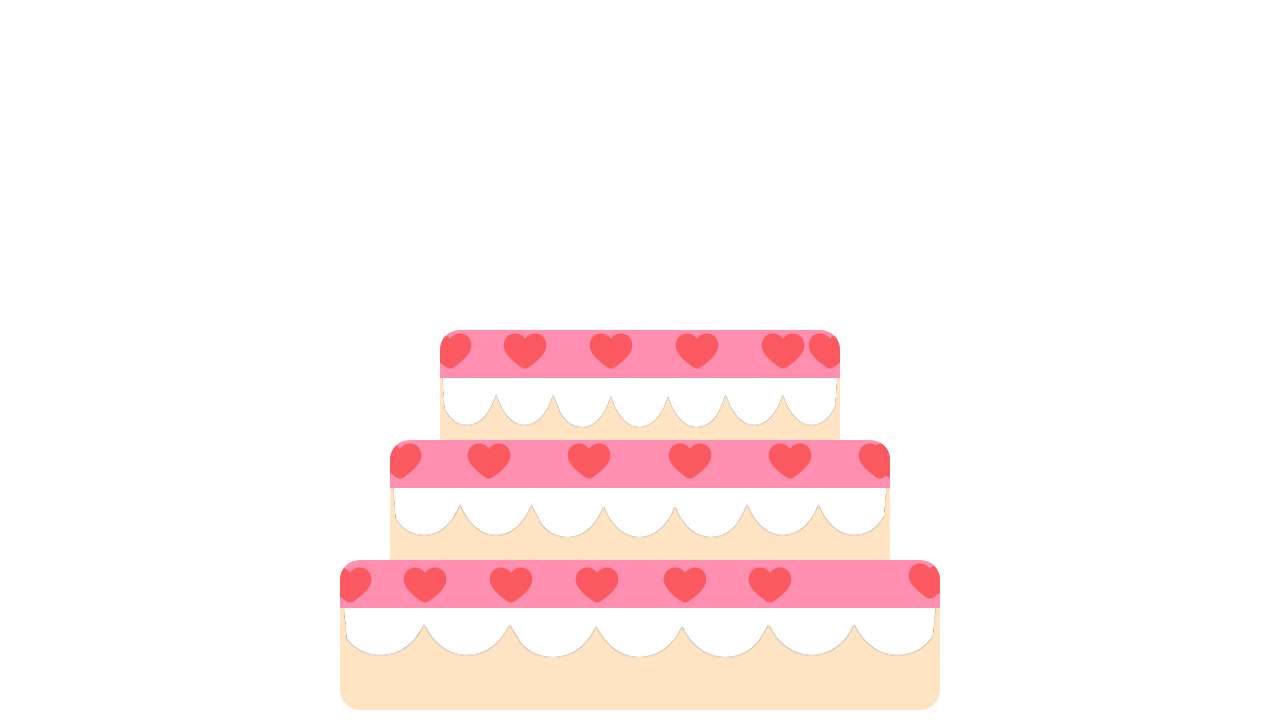
Repository: iphoneboy46/happybirthday
Page: index.html
An editor plug-in stored every save of this project. The page is shown before and after the next save, followed by the edit.
The browser window is 1280 px wide. The pictures show the whole page.

Above is the page before, as saved 2022-11-28 15:29:05.

### index.html
<!DOCTYPE html>
<html lang="en">
  <head>
    <meta charset="UTF-8" />
    <meta http-equiv="X-UA-Compatible" content="IE=edge" />
    <meta name="viewport" content="width=device-width, initial-scale=1.0" />
    <title>Happy Birthday</title>
    <link rel="stylesheet" href="style.css" />
  </head>
  <body>
    <div class="container">
      <div class="cake">
        <div class="top--cake">
          <div class="img-wavy">
            <img src="image/img1.png" alt="" />
          </div>

          <div class="img-heart-1--top">
            <img src="image/heart.png" alt="" />
          </div>
          <div class="img-heart-2--top">
            <img src="image/heart.png" alt="" />
          </div>
          <div class="img-heart-3--top">
            <img src="image/heart.png" alt="" />
          </div>
          <div class="img-heart-4--top">
            <img src="image/heart.png" alt="" />
          </div>
          <div class="img-heart-5--top">
            <img src="image/heart.png" alt="" />
          </div>
          <div class="img-heart-6--top">
            <img src="image/heart.png" alt="" />
          </div>
          <div class="img-heart-7--top">
            <img src="image/heart.png" alt="" />
          </div>
          <div class="img-heart-8--top">
            <img src="image/heart.png" alt="" />
          </div>

          <div class="border-cake"></div>
        </div>
        <div class="center--cake">
          <div class="img-wavy">
            <img src="image/img1.png" alt="" />
          </div>
          <div class="img-heart-1--center">
            <img src="image/heart.png" alt="" />
          </div>
          <div class="img-heart-2--center">
            <img src="image/heart.png" alt="" />
          </div>
          <div class="img-heart-3--center">
            <img src="image/heart.png" alt="" />
          </div>
          <div class="img-heart-4--center">
            <img src="image/heart.png" alt="" />
          </div>
          <div class="img-heart-5--center">
            <img src="image/heart.png" alt="" />
          </div>
          <div class="img-heart-6--center">
            <img src="image/heart.png" alt="" />
          </div>
          <div class="img-heart-7--center">
            <img src="image/heart.png" alt="" />
          </div>
          <div class="img-heart-8--center">
            <img src="image/heart.png" alt="" />
          </div>

          <div class="border-cake"></div>
        </div>
        <div class="bottom--cake">
          <div class="img-wavy">
            <img src="image/img1.png" alt="" />
          </div>

          <div class="img-heart-1">
            <img src="image/heart.png" alt="" />
          </div>
          <div class="img-heart-2">
            <img src="image/heart.png" alt="" />
          </div>
          <div class="img-heart-3">
            <img src="image/heart.png" alt="" />
          </div>
          <div class="img-heart-4">
            <img src="image/heart.png" alt="" />
          </div>
          <div class="img-heart-5">
            <img src="image/heart.png" alt="" />
          </div>
          <div class="img-heart-6">
            <img src="image/heart.png" alt="" />
          </div>
          <div class="img-heart-7">
            <img src="image/heart.png" alt="" />
          </div>
          <div class="img-heart-8">
            <img src="image/heart.png" alt="" />
          </div>

          <div class="border-cake"></div>
        </div>
      </div>
    </div>
  </body>
</html>

### style.css
*{
    padding: 0;
    margin: 0;
    box-sizing: border-box;
}

.container{
   width: 100%;

   height: 100vh;
   display: flex;
   justify-content: center;
   align-items: flex-end;
}

.cake{
    display: flex;
    flex-direction: column;
    justify-content:center;
    align-items:center
}


.top--cake{
    position: relative;
    overflow: hidden;
    width: 400px;
    height:110px;
    background-color: bisque;
    border-top-left-radius:20px;
    border-top-right-radius:20px;

}



.center--cake{
    position: relative;
    overflow: hidden;
    width: 500px;
    height:120px;
    background-color: bisque;
    border-top-left-radius:20px;
    border-top-right-radius:20px;

}


.bottom--cake{
    position: relative;
    overflow: hidden;
    width: 600px;
    height:150px;
    background-color: bisque;
    border-radius:20px;
    margin-bottom: 10px;
}



.img-wavy{
    width: 100%;
    height: 100px;
}

.img-wavy img{
    width: 100%;
    height: 100%;
}

.img-heart-1{
    z-index: 3;
    position: absolute;
    top: 0px;
    left: -15px;
    width:50px;
    height:50px;
}


.img-heart-1 img{
    width: 100%;
    height: 100%;
}

.img-heart-2{
    z-index: 3;
    position: absolute;
    top: 0px;
    left: 60px;
    width:50px;
    height:50px;
}


.img-heart-2 img{
    width: 100%;
    height: 100%;
}


.img-heart-3{
    z-index: 3;
    position: absolute;
    top: 0px;
    left: 146px;
    width:50px;
    height:50px;
}


.img-heart-3 img{
    width: 100%;
    height: 100%;
}

.img-heart-4{
    z-index: 3;
    position: absolute;
    top: 0px;
    left: 232px;
    width:50px;
    height:50px;
}


.img-heart-4 img{
    width: 100%;
    height: 100%;
}

.img-heart-5{
    z-index: 3;
    position: absolute;
    top: 0px;
    left: 320px;
    width:50px;
    height:50px;
}


.img-heart-5 img{
    width: 100%;
    height: 100%;
}

.img-heart-6{
    z-index: 3;
    position: absolute;
    top: 0px;
    left: 405px;
    width:50px;
    height:50px;
}


.img-heart-6 img{
    width: 100%;
    height: 100%;
}

.img-heart-7{
    z-index: 3;
    position: absolute;
    top: -4px;
    left: 661px;
    width:50px;
    height:50px;
}


.img-heart-7 img{
    width: 100%;
    height: 100%;
}

.img-heart-8{
    z-index: 3;
    position: absolute;
    top: -4px;
    right: -15px;
    width:50px;
    height:50px;
}


.img-heart-8 img{
    width: 100%;
    height: 100%;
}



.border-cake{
    z-index: 2;
    position: absolute;
    top: 0;
    width: 100%;
    height: 48px;
    background-color: #FF8FB1;
}


.img-heart-1--center{
    z-index: 3;
    position: absolute;
    top: -4px;
    left: -15px;
    width:50px;
    height:50px;
}


.img-heart-1--center img{
    width: 100%;
    height: 100%;
}

.img-heart-2--center{
    z-index: 3;
    position: absolute;
    top: -4px;
    left: 74px;
    width:50px;
    height:50px;
}


.img-heart-2--center img{
    width: 100%;
    height: 100%;
}


.img-heart-3--center{
    z-index: 3;
    position: absolute;
    top: -4px;
    left: 174px;
    width:50px;
    height:50px;
}


.img-heart-3--center img{
    width: 100%;
    height: 100%;
}

.img-heart-4--center{
    z-index: 3;
    position: absolute;
    top: -4px;
    left: 275px;
    width:50px;
    height:50px;
}


.img-heart-4--center img{
    width: 100%;
    height: 100%;
}

.img-heart-5--center{
    z-index: 3;
    position: absolute;
    top: -4px;
    left: 375px;
    width:50px;
    height:50px;
}


.img-heart-5--center img{
    width: 100%;
    height: 100%;
}

.img-heart-6--center{
    z-index: 3;
    position: absolute;
    top: -4px;
    left: 477px;
    width:50px;
    height:50px;
}


.img-heart-6--center img{
    width: 100%;
    height: 100%;
}

.img-heart-7--center{
    z-index: 3;
    position: absolute;
    top: -4px;
    left: 577px;
    width:50px;
    height:50px;
}


.img-heart-7--center img{
    width: 100%;
    height: 100%;
}

.img-heart-8--center{
    z-index: 3;
    position: absolute;
    top: -4px;
    right: -15px;
    width:50px;
    height:50px;
}


.img-heart-8--center img{
    width: 100%;
    height: 100%;
}


.img-heart-1--top{
    z-index: 3;
    position: absolute;
    top: -4px;
    left: -15px;
    width:50px;
    height:50px;
}


.img-heart-1--top img{
    width: 100%;
    height: 100%;
}

.img-heart-2--top{
    z-index: 3;
    position: absolute;
    top: -4px;
    left: 60px;
    width:50px;
    height:50px;
}


.img-heart-2--top img{
    width: 100%;
    height: 100%;
}


.img-heart-3--top{
    z-index: 3;
    position: absolute;
    top: -4px;
    left: 146px;
    width:50px;
    height:50px;
}


.img-heart-3--top img{
    width: 100%;
    height: 100%;
}

.img-heart-4--top{
    z-index: 3;
    position: absolute;
    top: -4px;
    left: 232px;
    width:50px;
    height:50px;
}


.img-heart-4--top img{
    width: 100%;
    height: 100%;
}

.img-heart-5--top{
    z-index: 3;
    position: absolute;
    top: -4px;
    left: 318px;
    width:50px;
    height:50px;
}


.img-heart-5--top img{
    width: 100%;
    height: 100%;
}

.img-heart-6--top{
    z-index: 3;
    position: absolute;
    top: -4px;
    left: 406px;
    width:50px;
    height:50px;
}


.img-heart-6--top img{
    width: 100%;
    height: 100%;
}

.img-heart-7--top{
    z-index: 3;
    position: absolute;
    top: -4px;
    left: 492px;
    width:50px;
    height:50px;
}


.img-heart-7--top img{
    width: 100%;
    height: 100%;
}

.img-heart-8--top{
    z-index: 3;
    position: absolute;
    top: -4px;
    right: -15px;
    width:50px;
    height:50px;
}


.img-heart-8--top img{
    width: 100%;
    height: 100%;
}

After the next save:
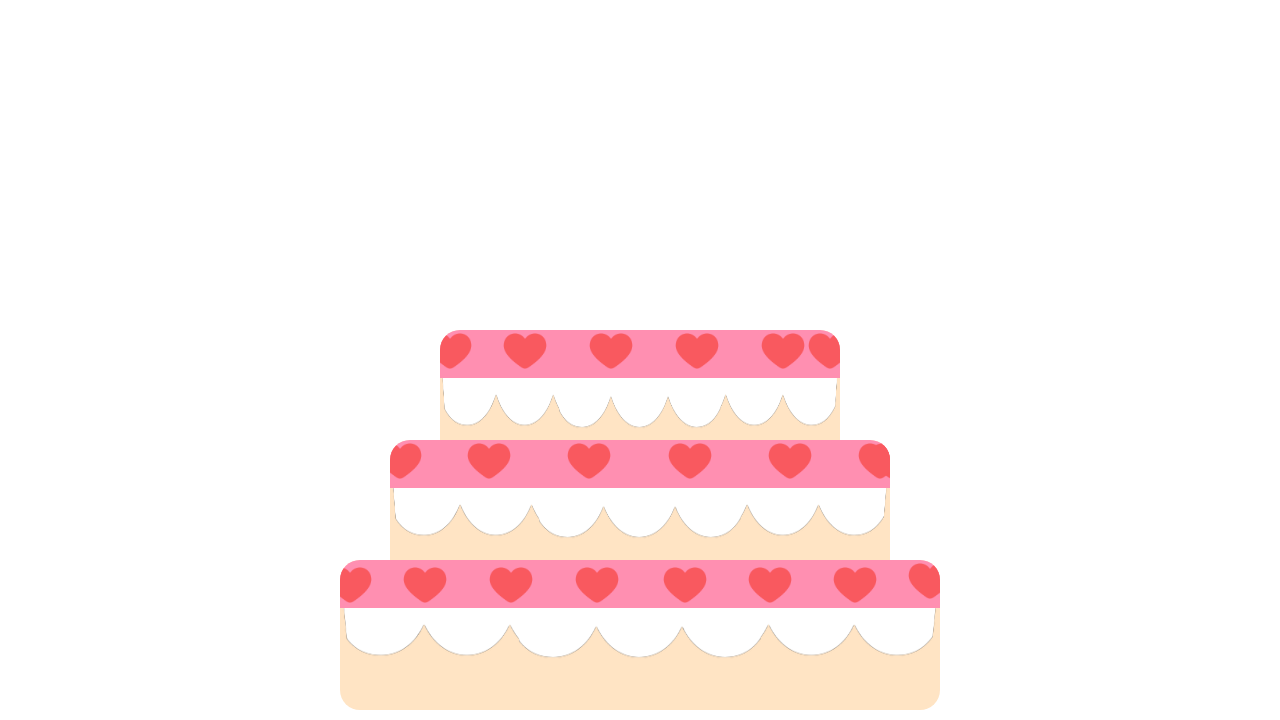
Saved 3 min 46 s later.
--- a/style.css
+++ b/style.css
@@ -162,8 +162,8 @@
 .img-heart-7{
     z-index: 3;
     position: absolute;
-    top: -4px;
-    left: 661px;
+    top: 0px;
+    left: 490px;
     width:50px;
     height:50px;
 }
